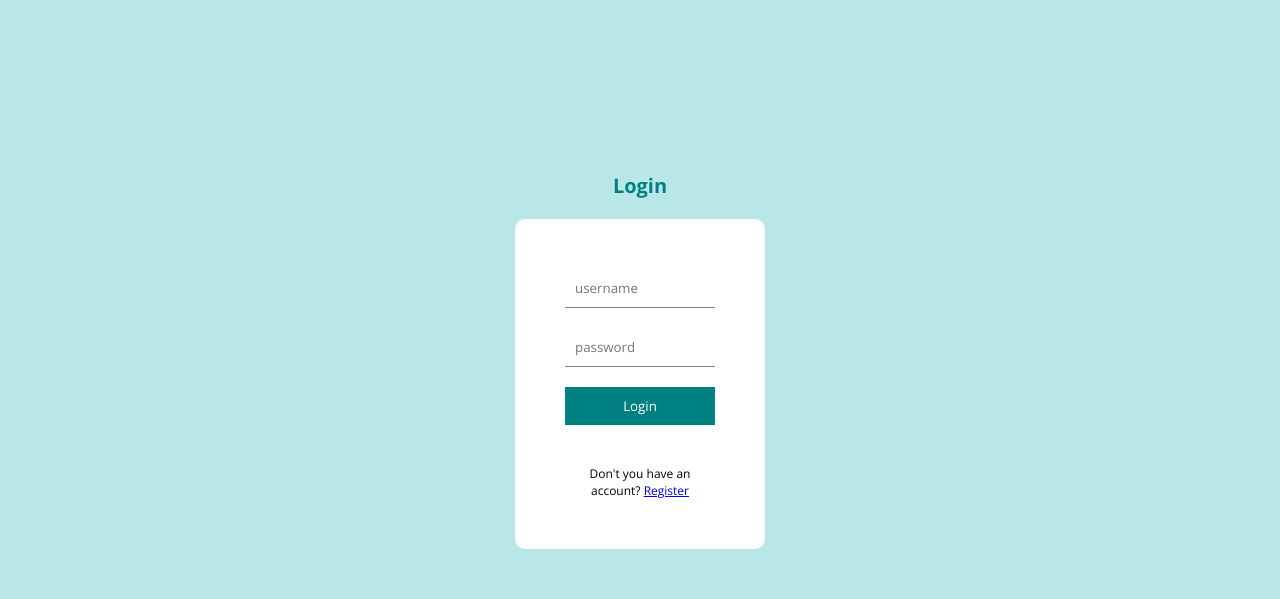
Repository: juansesu3/Blog-Full-Stack
Page: /login (app in client/blog/)
The author's editor kept a copy of each file at every save. The page is drawn from the files as they stood at one save, then again after the next save.
The browser window is 1280 px wide. The pictures show the whole page.
The project was rebuilt for these pictures with package versions that can differ from the ones it lists, and the page was loaded fresh each time. Also part of the build but not shown: client/blog/vite.config.js, client/blog/src/pages/Register.jsx, client/blog/src/pages/Single.jsx, client/blog/src/pages/Write.jsx, client/blog/src/pages/Home.jsx, client/blog/src/components/Navbar.jsx, client/blog/src/components/Footer.jsx.

Above is the page before, as saved 2023-04-18 13:47:58.

### client/blog/index.html
<!DOCTYPE html>
<html lang="en">

<head>
  <meta charset="UTF-8" />
  <link rel="icon" type="image/svg+xml" href="/vite.svg" />
  <link href="https://fonts.googleapis.com/css2?family=Open+Sans:wght@300;400;500;600;700;800&display=swap"
    rel="stylesheet" />
  <meta name="viewport" content="width=device-width, initial-scale=1.0" />
  <title>Blog</title>

</head>

<body>
  <div id="root"></div>
  <script type="module" src="/src/main.jsx"></script>
</body>

</html>

### client/blog/src/App.jsx
import {
  createBrowserRouter,
  Outlet,
  RouterProvider,
} from "react-router-dom";
import Register from "./pages/Register";
import Login from "./pages/Login";
import Single from "./pages/Single";
import Write from "./pages/Write";
import Home from "./pages/Home"
import Navbar from "./components/Navbar"
import Footer from "./components/Footer"
import "./style.scss"

const Layout = () => {

  return(
    <>
    <Navbar/>
    <Outlet/>
    <Footer/>
    </>
  )
}

const router = createBrowserRouter([
  {
    path: "/",
    element:<Layout/>,
    children:[
      {
        path:"/",
        element:<Home/>
      },
      {
        path:"/post/:id",
        element:<Single/>
      },
      {
        path:"/write",
        element:<Write/>
      }
    ]
  },
  {
    path: "/register",
    element: <Register />,
  },
  {
    path: "/login",
    element: <Login />,
  }
]);

function App() {
  return (
    <div className="app">
      <div className="container">
      <RouterProvider router={router} />
      </div>
    </div>
  )
}



export default App

### client/blog/src/pages/Login.jsx
import React from 'react'
import { Link } from 'react-router-dom'

const Login = () => {
  return (
    <div className='auth'>
      <h1>Login</h1>
      <form>
        <input type="text" placeholder='username' />
        <input type="password" placeholder='password' />
        <button>Login</button>
        <p></p>
        <span>Don't you have an account? <Link to="/register">Register</Link></span>
      </form>
      </div>
  )
}

export default Login

### client/blog/src/style.scss
* {
    box-sizing: border-box;
    font-family: "Open Sans", sans-serif;
    margin: 0;
    box-sizing: border-box;
  }

$lightGreen: #b9e7e7;
.app{
    .container{
        //LOGIN & REGISTER
        .auth{
            display: flex;
            flex-direction: column;
            align-items: center;
            justify-content: center;
            height: 100vh;
            background-color: $lightGreen;
        }
        h1{
            font-size: 20px;
            color:teal;
            margin-bottom: 20px;
        }
        form{
            display: flex;
            flex-direction: column;
            padding: 50px;
            background-color: white;
            width: 250px;
            gap: 20px;
            border-radius: 10px;
        }
        input{
            padding: 10px;
            border: none;
            border-bottom: 1px solid gray ;
        }
        button{
            padding: 10px;
            border: none;
            background-color: teal;
            color: white;
            cursor: pointer;
        }
        span{
            font-size: 12px;
            text-align: center;

        }

    }
}

Loaded but not shown: client/blog/src/main.jsx (common file)

After the next save:
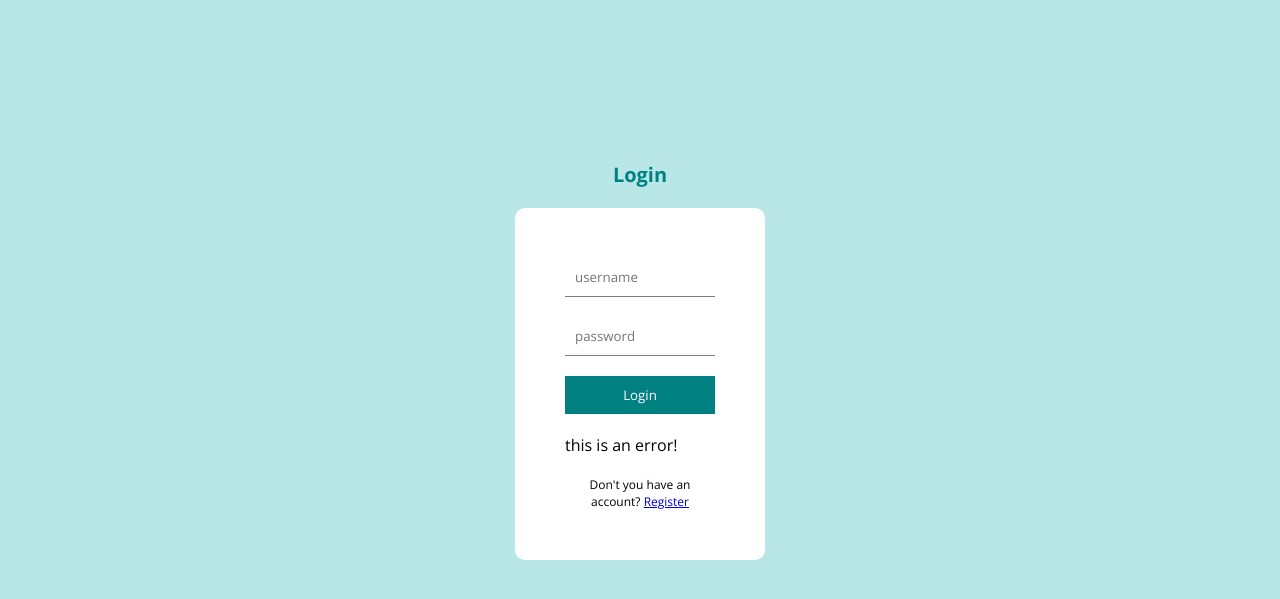
Saved 8 s later.
--- a/client/blog/src/pages/Login.jsx
+++ b/client/blog/src/pages/Login.jsx
@@ -9,7 +9,7 @@ const Login = () => {
         <input type="text" placeholder='username' />
         <input type="password" placeholder='password' />
         <button>Login</button>
-        <p></p>
+        <p>this is an error!</p>
         <span>Don't you have an account? <Link to="/register">Register</Link></span>
       </form>
       </div>
